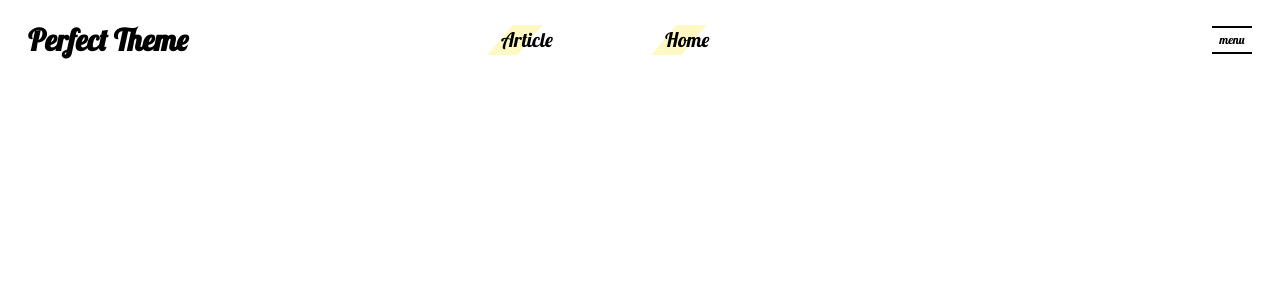
Repository: hsumyatm7308/laravel-blog
Page: blogweb/resources/views/blog/headerlayout.html
These files come from the project's save history. The page is drawn as it stood at one moment and after the next save; the edit follows.
The browser window is 1280 px wide. The pictures show the whole page.
Some web libraries are served in a nearby version.

Above is the page before, as saved 2023-09-04 16:11:05.

### blogweb/resources/views/blog/headerlayout.html
<!DOCTYPE html>
<html>

<head>
    <title>@yield('title')</title>
    <script src="https://cdn.tailwindcss.com"></script>

</head>
<style>
    @import url('https://fonts.googleapis.com/css2?family=Lobster&display=swap');

    body {
        font-family: 'Lobster', cursive;
    }

    .container {
        width: 80%;
        height: auto;
        /* background-color: antiquewhite; */

        display: flex;
        justify-content: center;
        align-items: center;

        position: relative;


    }

    .navlabel {
        position: relative;
        /* background-color: aqua; */
    }

    .lictn{
        position: relative;
    }

    .skewtextctn , .skewtextctn2{
        width: 30px;
        height: 30px;

        position: fixed;
        top: 25px;



        transform: skew(-40deg);




    }

    .skewtextctn2{
        left: 500px;
    }



    .article {
        position: fixed;
        left: 1px;

        top: 1px;
        transform: skew(40deg);

    }
</style>

<body class="bg-[#ffff]">
    <nav class="w-[100vw] flex justify-center items-center">
        <h1 class="text-3xl font-semibold">Perfect Theme</h1>

        <div class="w-[80%] h-20 flex justify-center items-center container">
            <div class="flex justify-between items-center list-none navlabel">
                <li class="p-5 mr-4 lictn">
                    <div class="bg-yellow-100 skewtextctn">
                        <a href="" class="text-xl text-black article">Home</a>
                    </div>
                </li>

                  <li class="p-5 mr-4 lictn">
                    <div class="bg-yellow-100 skewtextctn2">
                        <a href="" class="text-xl text-black article">Article</a>
                    </div>
                </li>
            </div>


        </div>

        <div class=" transform ">
            <span class="text-xs flex justify-center items-center flex-col">
                <div class="w-10 h-[2px] bg-black"></div>
                <span class="p-1 "> menu</span>
                <div class="w-10 h-[2px] bg-black font-semibold"></div>
            </span>
        </div>
    </nav>

</body>

</html>

After the next save:
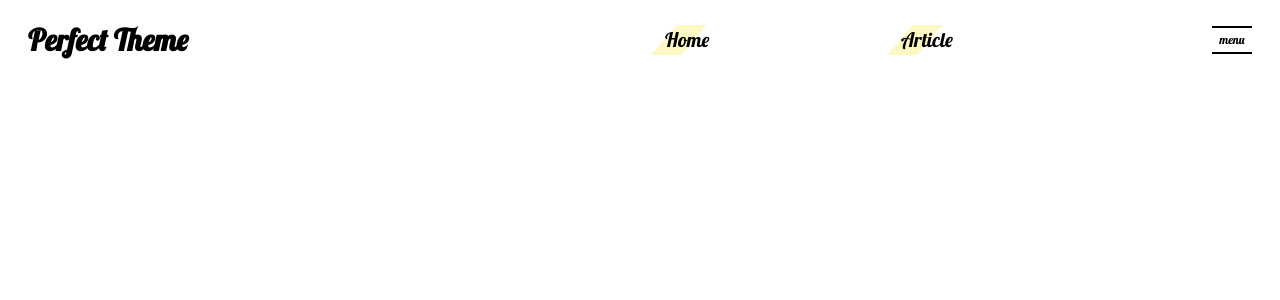
Saved 10 s later.
--- a/blogweb/resources/views/blog/headerlayout.html
+++ b/blogweb/resources/views/blog/headerlayout.html
@@ -53,7 +53,7 @@
     }
 
     .skewtextctn2{
-        left: 500px;
+        left: 900px;
     }
 
 
